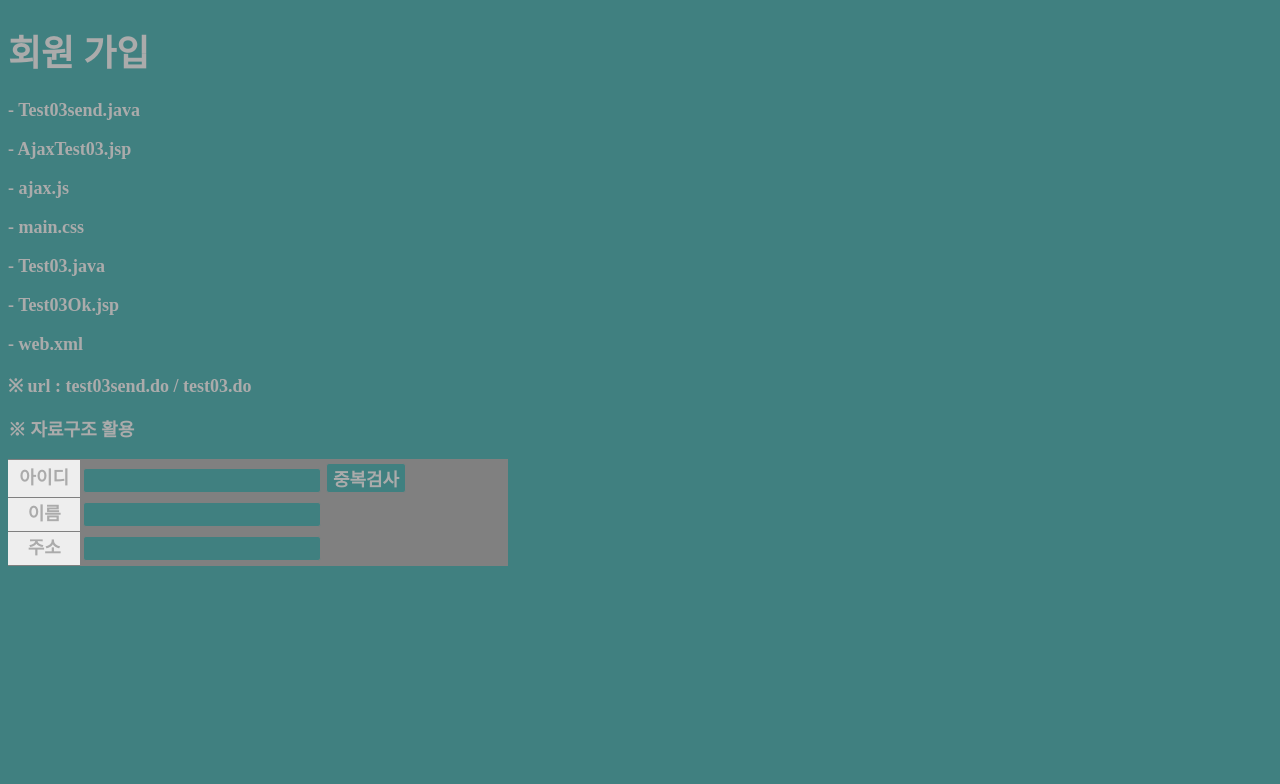
Repository: Umkimisstrong/UM_Webbb
Page: http://localhost/AjaxApp/AjaxTest03.jsp
The author's editor kept a copy of each file at every save. The page is drawn from the files as they stood at one save, then again after the next save.
The browser window is 1280 px wide. The pictures show the whole page.
The page is served by Tomcat 9.

Above is the page before, as saved 2022-05-10 03:31:09.

After the next save:
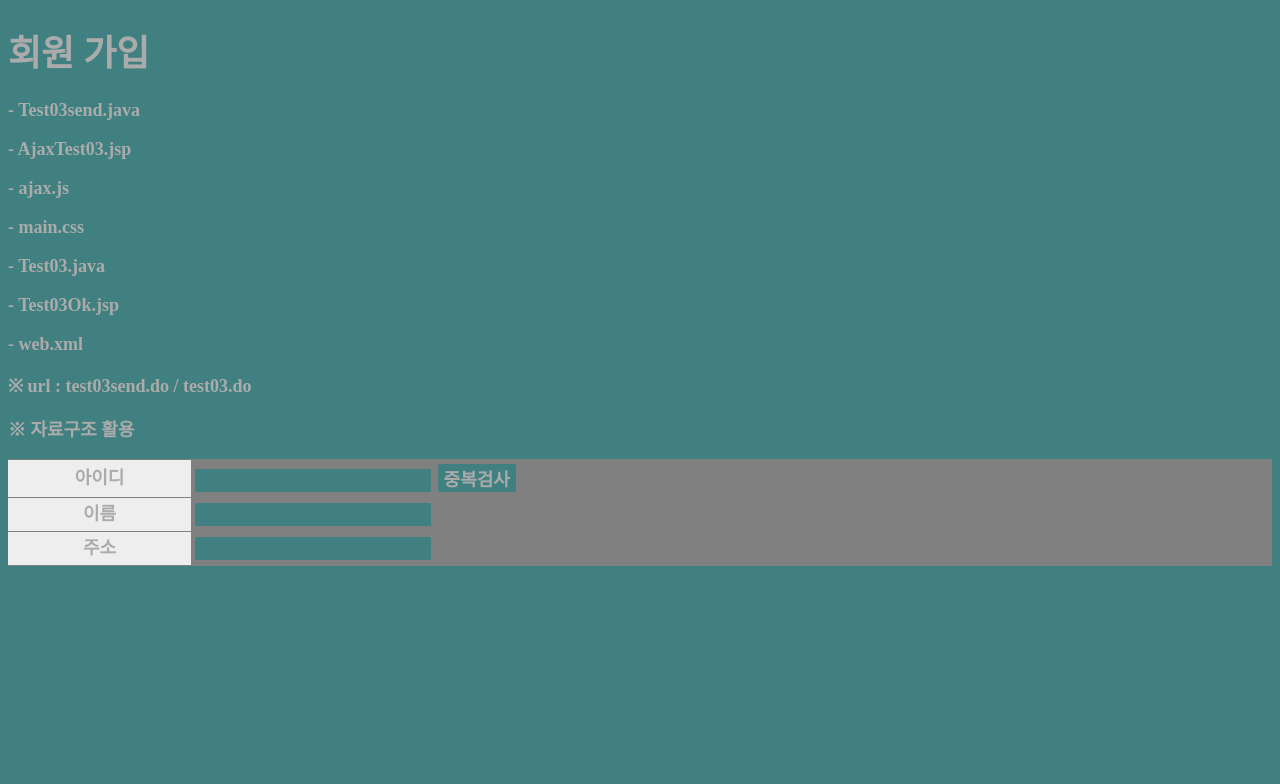
Saved 58 s later.
--- a/AjaxApp/WebContent/css/main.css
+++ b/AjaxApp/WebContent/css/main.css
@@ -42,7 +42,7 @@ body, p, div, span, input, table, th, td, select
 .table
 {
 	border-collapse: collapse;
-	width: 500px;
+	width: 100%;
 	font-weight: bold;
 }
 
